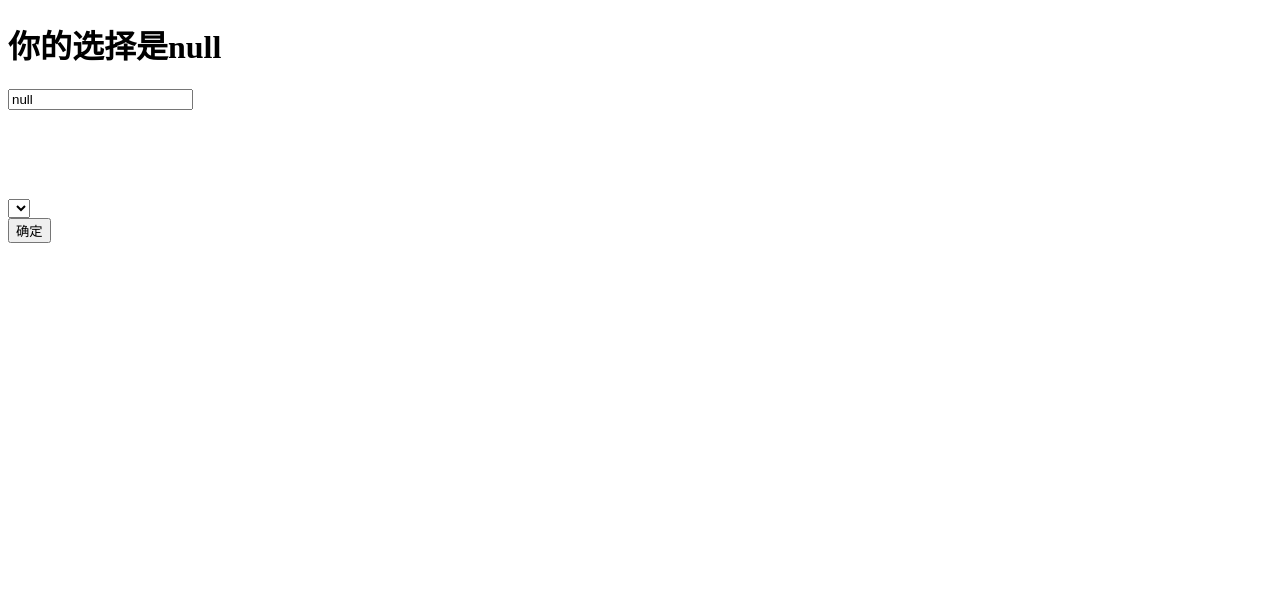
Repository: yz990219/InfectStatisticWeb
Page: http://localhost/MyInfectStatisticWeb/dateChooseProvince.jsp
The author's editor kept a copy of each file at every save. The page is drawn from the files as they stood at one save, then again after the next save.
The browser window is 1280 px wide. The pictures show the whole page.
The page is served by Tomcat 9.

Above is the page before, as saved 2020-03-13 16:38:11.

After the next save:
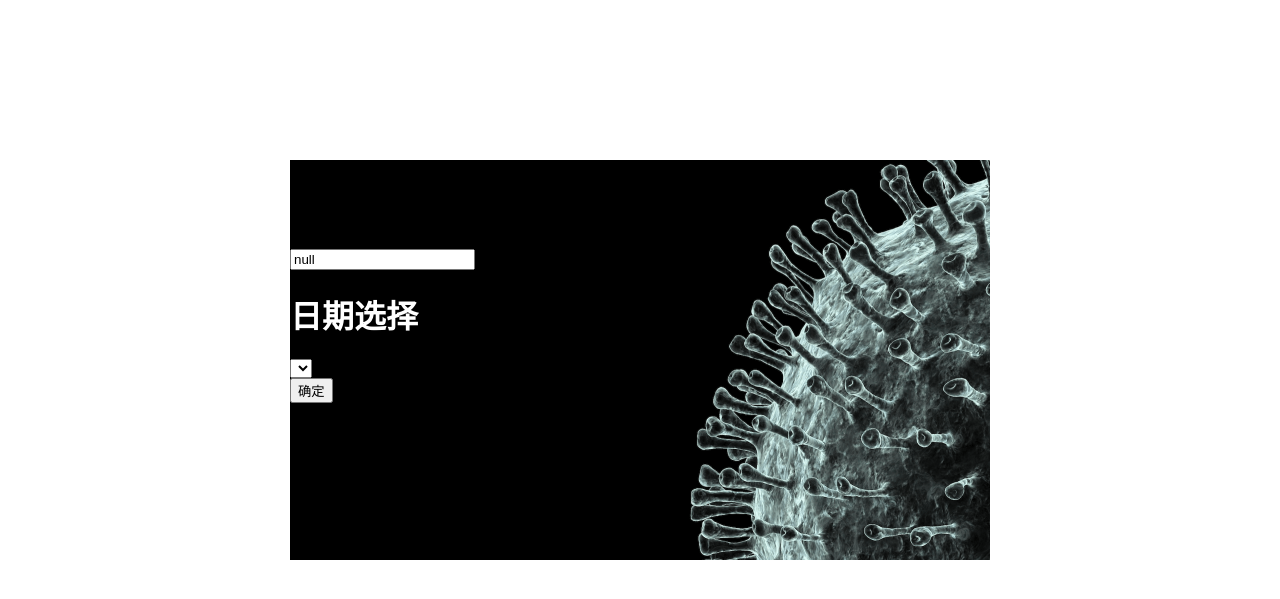
Saved 22 s later.
--- a/MyInfectStatisticWeb/WebContent/dateChooseProvince.jsp
+++ b/MyInfectStatisticWeb/WebContent/dateChooseProvince.jsp
@@ -9,7 +9,7 @@
 <meta charset="UTF-8">
 <meta http-equiv="X-UA-Compatible" content="IE=EDGE">
 <title>省份日期详情选择</title>
-
+<link href="css/datechoose.css" rel="stylesheet">
 <script type="text/javascript" src="js/jquery.min.js"></script>
 <script type="text/javascript" src="js/echarts.min.js"></script>
 <script type="text/javascript" src="js/map/china.js"></script>
@@ -19,12 +19,13 @@
 
 	<div class="datechoose">
 
-		<h1>你的选择是<%=request.getParameter("province_value") %></h1>
-			<form action="province.jsp"  id="province">
+		<h1>
+			你的选择是<%=request.getParameter("province_value")%></h1>
+		<form action="province.jsp" id="province">
 
-				<input id="province_value" name="province_value"
-					type="text" value="<%=request.getParameter("province_value") %>" >
-					<%
+			<input id="province_value" name="province_value" type="text"
+				value="<%=request.getParameter("province_value")%>">
+			<%
 				ArrayList<String> fileNameList = new ArrayList<String>();
 				String[] temp;
 				String path = "D:\\InfectStatisticWeb\\MyInfectStatisticWeb\\WebContent\\log\\";
@@ -36,7 +37,9 @@
 					}
 				}
 			%>
-			<div><h1 style="color:#ffffff ;">日期选择</h1></div>
+			<div>
+				<h1 style="color: #ffffff;">日期选择</h1>
+			</div>
 			<div>
 				<select name="date">
 					<%
@@ -51,11 +54,11 @@
 					%>
 				</select>
 			</div>
-				<button type="submit">确定</button>
-			</form>
+			<button type="submit">确定</button>
+		</form>
 
 
-		</div>
+	</div>
 
 
 
